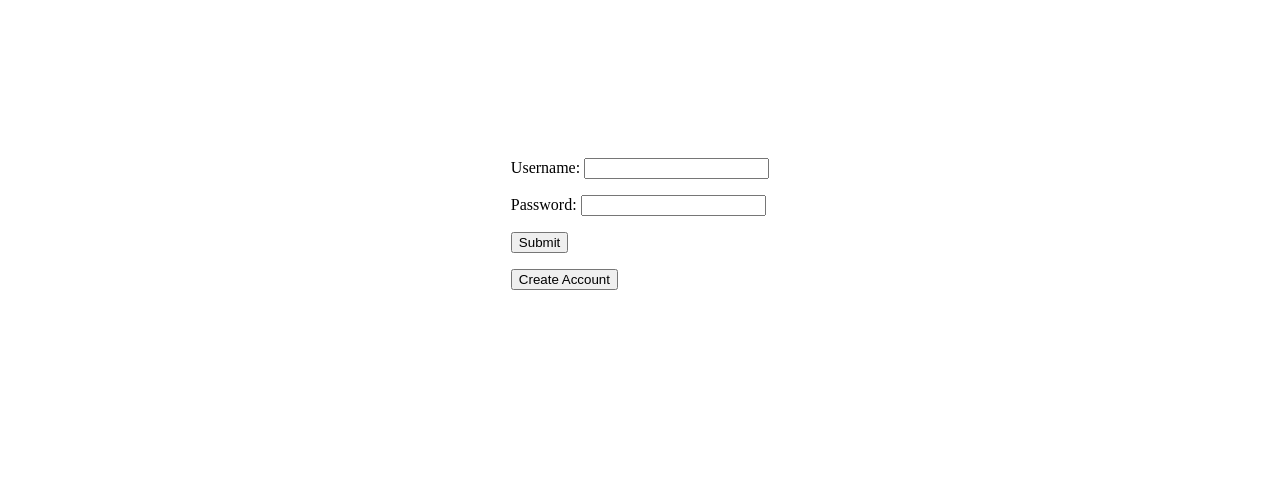
Repository: Jtho28/4830-group-project
Page: Esports-webproj/src/main/webapp/WEB-INF/Login.html
An editor plug-in stored every save of this project. The page is shown before and after the next save, followed by the edit.
The browser window is 1280 px wide. The pictures show the whole page.

Above is the page before, as saved 2022-11-16 20:43:24.

After the next save:
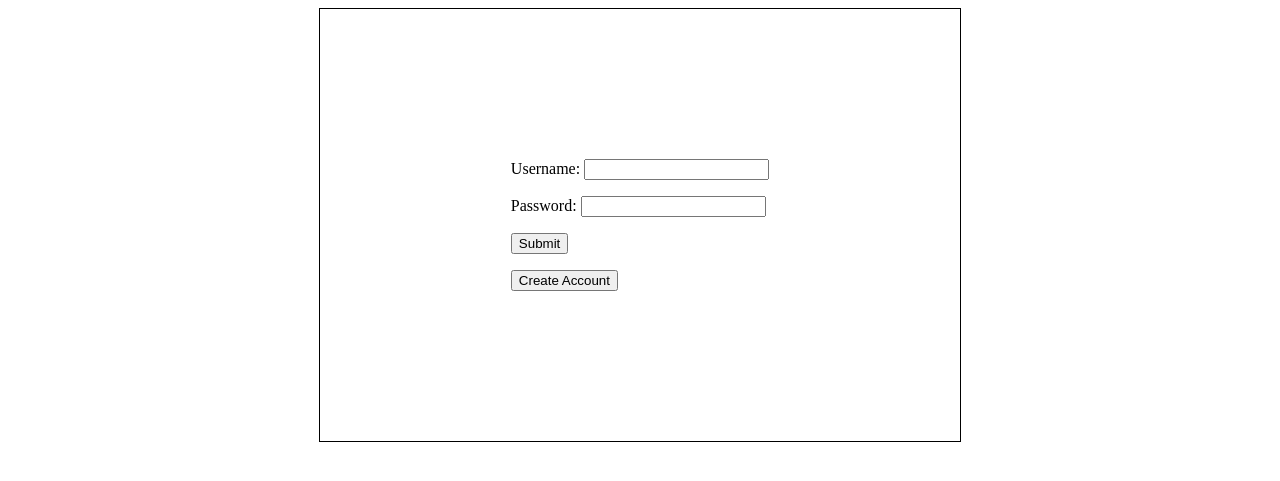
Saved 47 s later.
--- a/Esports-webproj/src/main/webapp/WEB-INF/login.css
+++ b/Esports-webproj/src/main/webapp/WEB-INF/login.css
@@ -13,6 +13,7 @@ body {
 	display: flex;
 	align-items: center;
 	justify-content: center;
+	border: 1px solid black;
 }
 
 h1 {
